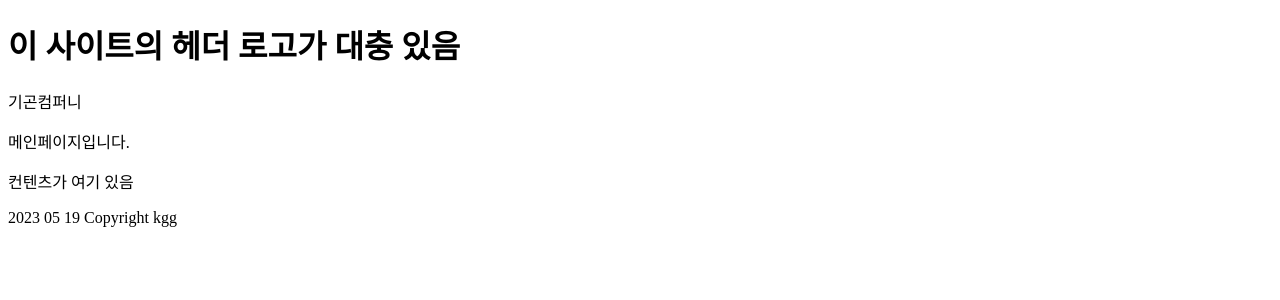
Repository: Kimgigon123123/JspServlet
Page: http://localhost/03.Tag/02.Directive/Ex03_IncludeMain.jsp
The author's editor kept a copy of each file at every save. The page is drawn from the files as they stood at one save, then again after the next save.
The browser window is 1280 px wide. The pictures show the whole page.
The page is served by Tomcat 9.

Above is the page before, as saved 2023-05-19 03:03:37.

After the next save:
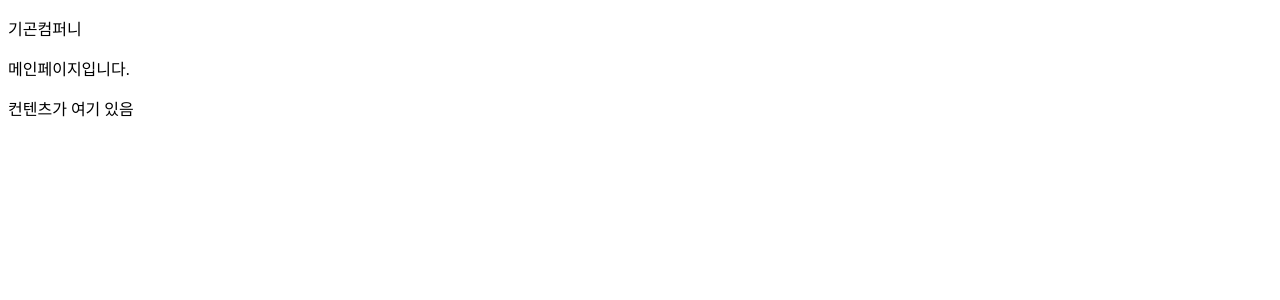
Saved 32 s later.
--- a/WorkSpace/03.Tag/src/main/webapp/02.Directive/Ex03_IncludeMain.jsp
+++ b/WorkSpace/03.Tag/src/main/webapp/02.Directive/Ex03_IncludeMain.jsp
@@ -14,13 +14,13 @@
 		 해결가능.
 		 단점 : 헤더와 푸터가 기능이 안되거나 오류가 발생하면 모든 화면에서 x-->
 
-		<h1>이 사이트의 헤더 로고가 대충 있음</h1>
+
 
 		<p>기곤컴퍼니</p>
 		<p>메인페이지입니다.</p>
 		<p>컨텐츠가 여기 있음</p>
 
-		2023 05 19 Copyright kgg
+
 
 </body>
 </html>
